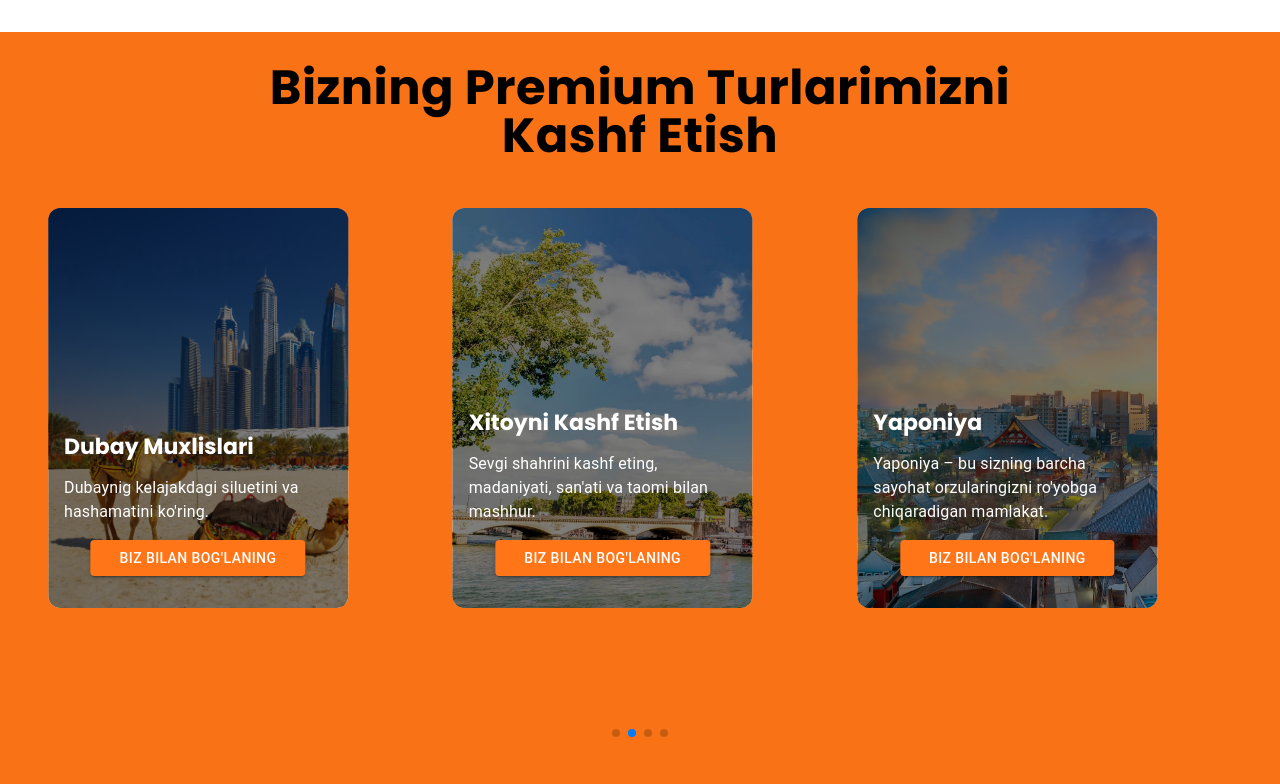
Repository: OgabekErkinov/i-am-tourist
Page: /
The author's editor kept a copy of each file at every save. The page is drawn from the files as they stood at one save, then again after the next save.
The browser window is 1280 px wide. The pictures show the whole page.
The project was rebuilt for these pictures with package versions that can differ from the ones it lists, and the page was loaded fresh each time. Also part of the build but not shown: vite.config.js, src/components/navbar/LightDarkButton.jsx, src/I18/i18.js, src/components/navbar/languages/LanguageButton.jsx, src/components/navbar/NavbarItem.jsx, src/components/navbar/SocialNetworks.jsx, src/components/navbar/Logo.jsx, src/components/navbar/SectionsLinks.jsx and 7 more.

Above is the page before, as saved 2024-12-24 16:09:13.

### index.html
<!doctype html>
<html lang="en">
  <head>
    <meta charset="UTF-8" />
    <link rel="icon" type="image/svg+xml" href="https://www.ifly.com.uz/assets/logo-BPA5zOgc.png" />
    <meta name="viewport" content="width=device-width, initial-scale=1.0" />
    <link rel="preconnect" href="https://fonts.googleapis.com">
    <link rel="preconnect" href="https://fonts.gstatic.com" crossorigin>
    <link href="https://fonts.googleapis.com/css2?family=Poppins:ital,wght@0,100;0,200;0,300;0,400;0,500;0,600;0,700;0,800;0,900;1,100;1,200;1,300;1,400;1,500;1,600;1,700;1,800;1,900&display=swap" rel="stylesheet">
    <title>iFLY.com</title>
  </head>
  <body>
    <div id="root"></div>
    <script type="module" src="/src/main.jsx"></script>
  </body>
</html>

### src/index.css
/* Universal Reset */
* {
  margin: 0;
  padding: 0;
  box-sizing: border-box;
}


/* Root Container */
#root {
  max-width: 1900px;
  margin: 0 auto;
  display: flex;
  flex-direction: column;
  align-items: center;
  justify-content: center;
  font-family: 'Poppins';
  box-sizing: border-box;
}

### src/App.jsx
import { Stack } from "@mui/material"
import Header from "./components/header/Header"
import Main from "./components/main/Main"

function App() {


  return (
    <Stack width='100%'
           height='auto'
           alignItems='center'
           gap='1rem'>
        <Header/>
        <Main/>
    </Stack>



  )
}

export default App

### src/components/header/Header.jsx
import { Box, Stack } from '@mui/material';
import Navbar from '../navbar/Navbar';
import Slider from './Slider';
import React from 'react';
import Cards from '../cards/Cards';

const Header = () => {
  return (
    <Stack height="auto"
           width='100%'
           gap="2rem"
           marginBottom='1rem'
           boxSizing="border-box">
             <Stack width="100%"
                    height="auto"
                    alignItems='center'>
                         {/* <Box width="100%"
                              height="10vh"
                              bgcolor="transparent">
                        </Box> */}
                        {/* <Navbar /> */}
                        {/* <Slider /> */}
               </Stack>
               {/* <Cards /> */}
    </Stack>
  );
}

export default Header;

### src/components/main/Main.jsx
import { Stack } from '@mui/material'
import React from 'react'
import PremiumTours from '../premium/PremiumTours'
import TourPlaces from '../tourPlaces/TourPlaces'
import About from '../about/About'

const Main = () => {
  return (
    <Stack width={'100%'}
           height={'auto'}
           alignItems={'center'}
           gap='1rem'>
        <PremiumTours/>
        {/* <TourPlaces/> */}
        {/* <About/> */}

    </Stack>
  )
}

export default Main

### src/components/premium/PremiumTours.jsx
import React from 'react';
import { Stack, Typography, Box } from '@mui/material';
import 'swiper/css';
import 'swiper/css/effect-fade';
import 'swiper/css/pagination';
import 'swiper/css/autoplay';
import { Swiper, SwiperSlide } from 'swiper/react';
import { Navigation, Pagination, Scrollbar, Autoplay } from 'swiper/modules';
import { premiumToursServices } from '../../Database/db';
import PremiumItem from './PremiumItem';

const PremiumTours = () => {

  return (
    <Stack height={'auto'}
           width={'100%'}
           padding={'2rem 2rem'}
           bgcolor={'#F97316'}
           boxSizing={'border-box'} >
          <Stack height={'100%'}
                 width={'100%'}
                 justifyContent={'space-between'}
                 alignItems={'center'}
                 gap={'2rem'}>
              {/* Title */}
                <Typography fontFamily={'Poppins'}
                            width={'70%'}
                            fontSize={'48px'}
                            lineHeight={'48px'}
                            fontWeight={'bold'}
                            textAlign={'center'}
                            height={'auto'}
                            sx={{
                              '@media (max-width: 900px)': {
                               fontSize: '36px',
                               lineHeight: '40px',
                                },
                              '@media (max-width: 600px)': {
                                fontSize: '24px',
                                lineHeight: '28px',
                                },
                               }}>
                               Bizning Premium Turlarimizni Kashf Etish
                 </Typography>
            {/* Slider */}
                 <Box display={'flex'}
                      alignItems={'center'}
                      justifyContent={'center'}
                      height={'35rem'}
                      width={'100%'}>
                      <Swiper
                          modules={[Navigation, Pagination, Scrollbar, Autoplay]}
                          autoplay={{ delay: 2500, disableOnInteraction: false }}
                          navigation
                          pagination={{ clickable: false }}
                          scrollbar={{ draggable: true }}
                          loop={true}
                          style={{
                               width: '100%',
                               height: '100%',
                               padding : '1rem',
                               display : 'flex',
                               justifyContent : 'center',
                               alignItems : 'center' }}
                          breakpoints={{
                               524: {
                                  slidesPerView: 1,
                                  spaceBetween: 10 },
                               765: {
                                  slidesPerView: 2,
                                  spaceBetween: 20 },
                              1200: {
                                  slidesPerView: 3,
                                  spaceBetween: 30 } }}>
                          {
                           premiumToursServices?.map((tour, idx) => {
                                  return (
                                         <SwiperSlide key={idx}>
                                                 <PremiumItem tour={tour} />
                                           </SwiperSlide>
                                          );  })
                           }
                       </Swiper>
                  </Box>
            </Stack>
    </Stack>
  );
};

export default PremiumTours;

### src/Database/db.js
export const social_medias = [
    {
        id : 1,
        name : 'facebook',
        link : 'https://www.facebook.com',
        pathD : 'M279.14 288l14.22-92.66h-88.91v-60.13c0-25.35 12.42-50.06 52.24-50.06h40.42V6.26S260.43 0 225.36 0c-73.22 0-121.08 44.38-121.08 124.72v70.62H22.89V288h81.39v224h100.17V288z'
    },
    {
        id : 2,
        name : 'twitter',
        url : 'https://www.twitter.com',
        pathD : 'M419.37 151.716c.325 4.548.325 9.097.325 13.645 0 138.72-105.583 298.558-298.558 298.558-59.452 0-114.68-17.219-161.137-47.106 8.447.974 16.568 1.299 25.34 1.299 49.055 0 94.213-16.568 130.274-44.832-46.132-.975-84.792-31.188-98.112-72.772 6.498.974 12.995 1.624 19.818 1.624 9.421 0 18.843-1.3 27.614-3.573-48.081-9.747-84.143-51.98-84.143-102.985v-1.299c13.969 7.797 30.214 12.67 47.431 13.319-28.264-18.843-46.781-51.005-46.781-87.391 0-19.492 5.197-37.36 14.294-52.954 51.655 63.675 129.3 105.258 216.365 109.807-1.624-7.797-2.599-15.918-2.599-24.04 0-57.828 46.782-104.934 104.934-104.934 30.213 0 57.502 12.67 76.67 33.137 23.715-4.548 46.456-13.32 66.599-25.34-7.798 24.366-24.366 44.833-46.132 57.827 21.117-2.273 41.584-8.122 60.426-16.243-14.292 20.791-32.161 39.308-52.628 54.253z'
    },
    {
        id : 3,
        name : 'instagram',
        url : 'https://www.instagram.com/ifly.com.uz',
        pathD : 'M224.1 141c-63.6 0-114.9 51.3-114.9 114.9s51.3 114.9 114.9 114.9S339 319.5 339 255.9 287.7 141 224.1 141zm0 189.6c-41.1 0-74.7-33.5-74.7-74.7s33.5-74.7 74.7-74.7 74.7 33.5 74.7 74.7-33.6 74.7-74.7 74.7zm146.4-194.3c0 14.9-12 26.8-26.8 26.8-14.9 0-26.8-12-26.8-26.8s12-26.8 26.8-26.8 26.8 12 26.8 26.8zm76.1 27.2c-1.7-35.9-9.9-67.7-36.2-93.9-26.2-26.2-58-34.4-93.9-36.2-37-2.1-147.9-2.1-184.9 0-35.8 1.7-67.6 9.9-93.9 36.1s-34.4 58-36.2 93.9c-2.1 37-2.1 147.9 0 184.9 1.7 35.9 9.9 67.7 36.2 93.9s58 34.4 93.9 36.2c37 2.1 147.9 2.1 184.9 0 35.9-1.7 67.7-9.9 93.9-36.2 26.2-26.2 34.4-58 36.2-93.9 2.1-37 2.1-147.8 0-184.8zM398.8 388c-7.8 19.6-22.9 34.7-42.6 42.6-29.5 11.7-99.5 9-132.1 9s-102.7 2.6-132.1-9c-19.6-7.8-34.7-22.9-42.6-42.6-11.7-29.5-9-99.5-9-132.1s-2.6-102.7 9-132.1c7.8-19.6 22.9-34.7 42.6-42.6 29.5-11.7 99.5-9 132.1-9s102.7-2.6 132.1 9c19.6 7.8 34.7 22.9 42.6 42.6 11.7 29.5 9 99.5 9 132.1s2.7 102.7-9 132.1z'
    },
    {
        id : 4,
        name : 'linkedIn',
        url : 'https://www.linkedin.com',
        pathD : 'M100.28 448H7.4V148.9h92.88zM53.79 108.1C24.09 108.1 0 83.5 0 53.8a53.79 53.79 0 0 1 107.58 0c0 29.7-24.1 54.3-53.79 54.3zM447.9 448h-92.68V302.4c0-34.7-.7-79.2-48.29-79.2-48.29 0-55.69 37.7-55.69 76.7V448h-92.78V148.9h89.08v40.8h1.3c12.4-23.5 42.69-48.3 87.88-48.3 94 0 111.28 61.9 111.28 142.3V448z'
    },
    {
        id : 5,
        name : 'youtube',
        url : 'https://www.youtube.com',
        pathD : 'M549.655 124.083c-6.281-23.65-24.787-42.276-48.284-48.597C458.781 64 288 64 288 64S117.22 64 74.629 75.486c-23.497 6.322-42.003 24.947-48.284 48.597-11.412 42.867-11.412 132.305-11.412 132.305s0 89.438 11.412 132.305c6.281 23.65 24.787 41.5 48.284 47.821C117.22 448 288 448 288 448s170.78 0 213.371-11.486c23.497-6.321 42.003-24.171 48.284-47.821 11.412-42.867 11.412-132.305 11.412-132.305s0-89.438-11.412-132.305zm-317.51 213.508V175.185l142.739 81.205-142.739 81.201z'
    }
]

export const navLinks = [
    {
        id : 6,
        name : 'Excursions',
        link : '#excursions'
    },
    {
        id : 7,
        name : 'City',
        link : '#city'
    },
    {
        id : 8,
        name : 'About',
        link : '#about'
    },
    {
        id : 9,
        name : 'Contact',
        link : '#contact'
    }
]

export const SliderItems = [
    {
        url : '/malakali.jpg',
        heading : 'Malakali shahar',
        paragraph : "Dunyoning ko'ngilochar poytaxtiga sho'ng'ing."
    },
    {
        url : '/turkiya.jpg',
        heading : 'Sehrli Turkiya',
        paragraph : "Turkiyaning boy tarixi va ajoyib manzaralarini o'rganing."
    },
    {
        url : '/orol.jpg',
        heading : 'Orol chekinishi',
        paragraph : 'Ajoyib orol landshaftlari orasida tinchlikni his eting.'
    },
    {
        url : '/yaponiya.jpg',
        heading : 'Yaponiya',
        paragraph : "Zamonaviy hayot va qadimiy an'analar mamlakati"
    },
    {
        url : '/dubai.jpg',
        heading : "Dubayni kashf eting",
        paragraph : "Birlashgan Arab Amirliklarida hashamat, innovatsiyalar va sarguzashtlarni kashf eting."

    },
    {
        url : '/xitoyni.jpg',
        heading : 'Xitoyni kashf qiling',
        paragraph : "Xitoy: qadimgi tarix, Buyuk devor, innovatsiyalar, jonli madaniyat."
    },
    {
        url : '/tailand.jpg',
        heading : 'Tropik Tailand',
        paragraph : "Chiroyli plyajlarda dam oling va mazali taomlarni tatib ko'ring."
    }
]

export const addBanners = [
    {
        heading : 'Ajoyib plyaj',
        paragraph : 'Zamonaviy plyajlarni kashf eting va quyosh ostida dam oling.'
    },
    {
        heading : "Tog' sarguzashtlari",
        paragraph : "Qiziqarli tog' sayohatiga chiqing va tabiatni o'rganing."
    },
    {
        heading : 'Shahar sayohatlari',
        paragraph : "Qiziqarli tog' sayohatiga chiqing va tabiatni o'rganing."
    }
]

export const languages = [
    {
        lang : "o'zbek",
        flag : '/uzbekistan.png',
        translator : 'uz'
    },
    {
        lang : 'english',
        flag : '/united-states.png',
        translator : 'en'
    },
    {
        lang : 'русский',
        flag : '/russia.png',
        translator : 'ru'
    }
]

export const premiumToursServices = [
    {
        title : 'Tokio Sarguzashtlari',
        paragraph : "Yaponiya yuragida an'ana va texnologiyaning uyg'unligini his eting.",
        image : '/tokioprem.jpg'
    },
    {
        title : 'Dubay Muxlislari',
        paragraph : "Dubaynig kelajakdagi siluetini va hashamatini ko'ring.",
        image : '/dubaipremium.jpg'
    },
    {
        title : 'Xitoyni Kashf Etish',
        paragraph : "Sevgi shahrini kashf eting, madaniyati, san'ati va taomi bilan mashhur.",
        image : '/xitoyprem.jpg'
    },
    {
        title : 'Yaponiya',
        paragraph : "Yaponiya – bu sizning barcha sayohat orzularingizni ro'yobga chiqaradigan mamlakat.",
        image : '/xitoypremium.jpg'
    }
]

export const tourPlaces = [
    {
        image : '/yaponiya.jpg',
        title : 'Tokio, Yaponiya',
        paragraph : "Tokio Yaponiya poytaxti bo'lib, an'anaviy binolarni zamonaviy osmono'parlar bilan birlashtirish."
    },
    {
        image : '/orol.jpg',
        title : 'Orol joyi',
        paragraph : "Shahar shovqinidan uzoqda, tabiatning ajoyib go'zalligida dam oling."
    },
    {
        image : '/dubai.jpg',
        title : 'Dubay, BAA',
        paragraph : "Dubayning hargi skylinesi va hashamatini guvohi boling."
    },
    {
        image : '/vetnam.jpg',
        title : 'Vetnam sarguzashti',
        paragraph : "Vetnamning go'zalligiga kirib boring, rang- barang guruch teraslari va noyob madaniyat bilan tanishing!"
    },
    {
        image : '/maldiv.jpg',
        title : 'Maldivlar',
        paragraph : "Oq qumli plyajlar va toza suvlar bilan tropik jannatda dam oling. Hashamatli kurortlar va ajoyib suv osti dunyosidan zavq oling!"
    },
    {
        image : '/tailand.jpg',
        title : 'Tropik Tailand',
        paragraph : "Tailand chiroyli orollari, ko'chada oziq-ovqat va boy madaniyat merosi bilan mashhur."
    },
    {
        image : '/turkiya.jpg',
        title : "Mo'jizaviy Turkiya",
        paragraph : "Turkiyaning boy tarixini va go'zal manzaralarini kashf eting."
    }
]

export const services = [
    {
        pathD : 'M480 192H365.71L260.61 8.06A16.014 16.014 0 0 0 246.71 0h-65.5c-10.63 0-18.3 10.17-15.38 20.39L214.86 192H112l-43.2-57.6c-3.02-4.03-7.77-6.4-12.8-6.4H16.01C5.6 128-2.04 137.78.49 147.88L32 256 .49 364.12C-2.04 374.22 5.6 384 16.01 384H56c5.04 0 9.78-2.37 12.8-6.4L112 320h102.86l-49.03 171.6c-2.92 10.22 4.75 20.4 15.38 20.4h65.5c5.74 0 11.04-3.08 13.89-8.06L365.71 320H480c35.35 0 96-28.65 96-64s-60.65-64-96-64z',
        title : 'Xalqaro Sayohat',
        paragraph : "Dunyodagi eng go'zal joylarga sayohatlarni tashkil etamiz.",
        color : 'blue'
    },
    {
        icon : 'M560 64c8.84 0 16-7.16 16-16V16c0-8.84-7.16-16-16-16H16C7.16 0 0 7.16 0 16v32c0 8.84 7.16 16 16 16h15.98v384H16c-8.84 0-16 7.16-16 16v32c0 8.84 7.16 16 16 16h240v-80c0-8.8 7.2-16 16-16h32c8.8 0 16 7.2 16 16v80h240c8.84 0 16-7.16 16-16v-32c0-8.84-7.16-16-16-16h-16V64h16zm-304 44.8c0-6.4 6.4-12.8 12.8-12.8h38.4c6.4 0 12.8 6.4 12.8 12.8v38.4c0 6.4-6.4 12.8-12.8 12.8h-38.4c-6.4 0-12.8-6.4-12.8-12.8v-38.4zm0 96c0-6.4 6.4-12.8 12.8-12.8h38.4c6.4 0 12.8 6.4 12.8 12.8v38.4c0 6.4-6.4 12.8-12.8 12.8h-38.4c-6.4 0-12.8-6.4-12.8-12.8v-38.4zm-128-96c0-6.4 6.4-12.8 12.8-12.8h38.4c6.4 0 12.8 6.4 12.8 12.8v38.4c0 6.4-6.4 12.8-12.8 12.8h-38.4c-6.4 0-12.8-6.4-12.8-12.8v-38.4zM179.2 256h-38.4c-6.4 0-12.8-6.4-12.8-12.8v-38.4c0-6.4 6.4-12.8 12.8-12.8h38.4c6.4 0 12.8 6.4 12.8 12.8v38.4c0 6.4-6.4 12.8-12.8 12.8zM192 384c0-53.02 42.98-96 96-96s96 42.98 96 96H192zm256-140.8c0 6.4-6.4 12.8-12.8 12.8h-38.4c-6.4 0-12.8-6.4-12.8-12.8v-38.4c0-6.4 6.4-12.8 12.8-12.8h38.4c6.4 0 12.8 6.4 12.8 12.8v38.4zm0-96c0 6.4-6.4 12.8-12.8 12.8h-38.4c-6.4 0-12.8-6.4-12.8-12.8v-38.4c0-6.4 6.4-12.8 12.8-12.8h38.4c6.4 0 12.8 6.4 12.8 12.8v38.4z',
        title : 'Qulay Mehmonxonalar',
        paragraph : " Eng yaxshi va eng qulay mehmonxonalar bilan qoling.",
        color : 'green'
    },
    {
        icon : 'M416 320h-96c-17.6 0-32-14.4-32-32s14.4-32 32-32h96s96-107 96-160-43-96-96-96-96 43-96 96c0 25.5 22.2 63.4 45.3 96H320c-52.9 0-96 43.1-96 96s43.1 96 96 96h96c17.6 0 32 14.4 32 32s-14.4 32-32 32H185.5c-16 24.8-33.8 47.7-47.3 64H416c52.9 0 96-43.1 96-96s-43.1-96-96-96zm0-256c17.7 0 32 14.3 32 32s-14.3 32-32 32-32-14.3-32-32 14.3-32 32-32zM96 256c-53 0-96 43-96 96s96 160 96 160 96-107 96-160-43-96-96-96zm0 128c-17.7 0-32-14.3-32-32s14.3-32 32-32 32 14.3 32 32-14.3 32-32 32z',
        title : "Maxsus yo'nalishlar",
        paragraph : "Har bir mijoz uchun individual yo'nalishlarni yaratamiz.",
        color : 'orange'
    },
    {
        icon : 'M192 256c61.9 0 112-50.1 112-112S253.9 32 192 32 80 82.1 80 144s50.1 112 112 112zm76.8 32h-8.3c-20.8 10-43.9 16-68.5 16s-47.6-6-68.5-16h-8.3C51.6 288 0 339.6 0 403.2V432c0 26.5 21.5 48 48 48h288c26.5 0 48-21.5 48-48v-28.8c0-63.6-51.6-115.2-115.2-115.2zM480 256c53 0 96-43 96-96s-43-96-96-96-96 43-96 96 43 96 96 96zm48 32h-3.8c-13.9 4.8-28.6 8-44.2 8s-30.3-3.2-44.2-8H432c-20.4 0-39.2 5.9-55.7 15.4 24.4 26.3 39.7 61.2 39.7 99.8v38.4c0 2.2-.5 4.3-.6 6.4H592c26.5 0 48-21.5 48-48 0-61.9-50.1-112-112-112z',
        title : "Malakali yo'riqchilar",
        paragraph : " Har bir mijoz uchun individual yo'nalishlarni yaratamiz.",
        color : 'violet'
    }

]

### src/components/premium/PremiumItem.jsx
import { Box, Button, Stack, Typography } from '@mui/material';
import React from 'react';

const PremiumItem = ({ tour }) => {
  return (
    <Box height="25rem"
         display="flex"
         justifyContent="center"
         alignItems="center"
         borderRadius="12px"
         overflow="hidden"
         position="relative"
         sx={{
             transition : '0.3s',
             backgroundImage: `url(${tour?.image})`,
             backgroundSize: 'cover',
             '@media(max-width : 524px)' : {
                         width : '90%',
                         marginX : 'auto'  },
             '@media(min-width : 525px)' : {
                         width : '300px' },
              '&:hover' : {
                transform : 'scale(1.1)',
                transition : '0.3s',
              } }} >
         <Stack height="100%"
                width="100%"
                padding="2rem 0"
                boxSizing="border-box"
                borderRadius="12px"
                alignItems="center"
                bgcolor="rgba(0, 0, 0, 0.5)"
                position="absolute"
                zIndex={1}
                sx={{
                  '@media(min-width : 300px)' : {
                         justifyContent : 'center',
                         alignItems : 'center',
                         paddingX : '1rem',
                         gap : '1rem' },
                  '@media(min-width : 524px)' : {
                         justifyContent : 'flex-end',
                         alignItems : 'start' } }} >
                 <Typography variant="h3"
                             sx={{
                               fontWeight: 'bold',
                               fontFamily: 'Poppins',
                               color: 'white',
                               textAlign: 'start',
                               paddingRight: '10px',
                               margin: 0,
                               width: 'auto',
                              '@media (min-width: 300px)': {
                                      fontSize: '18px'  },
                              '@media (min-width : 524px)' : {
                                      fontSize : '22px'  }  }}  >
                               {tour.title}
                  </Typography>
                  <Typography width="auto"
                              sx={{
                                color: 'white',
                                textAlign: 'start',
                               '@media (min-width: 300px)': {
                                        fontSize: '12px',
                                        height : 'auto',
                                        textAlign : 'center' },
                                '@media (min-width : 524px)' : {
                                        fontSize : '16px',
                                        textAlign : 'start' } }}>
                                        {tour.paragraph}
                   </Typography>
                   <Button variant="contained"
                           sx={{
                              color: 'white',
                              backgroundColor: '#FF7518',
                              width : '80%',
                              margin : '0 auto' }}>
                           Biz bilan bog'laning
                  </Button>
      </Stack>
    </Box>
  );
};

export default PremiumItem;

Loaded but not shown: src/main.jsx (common file)

After the next save:
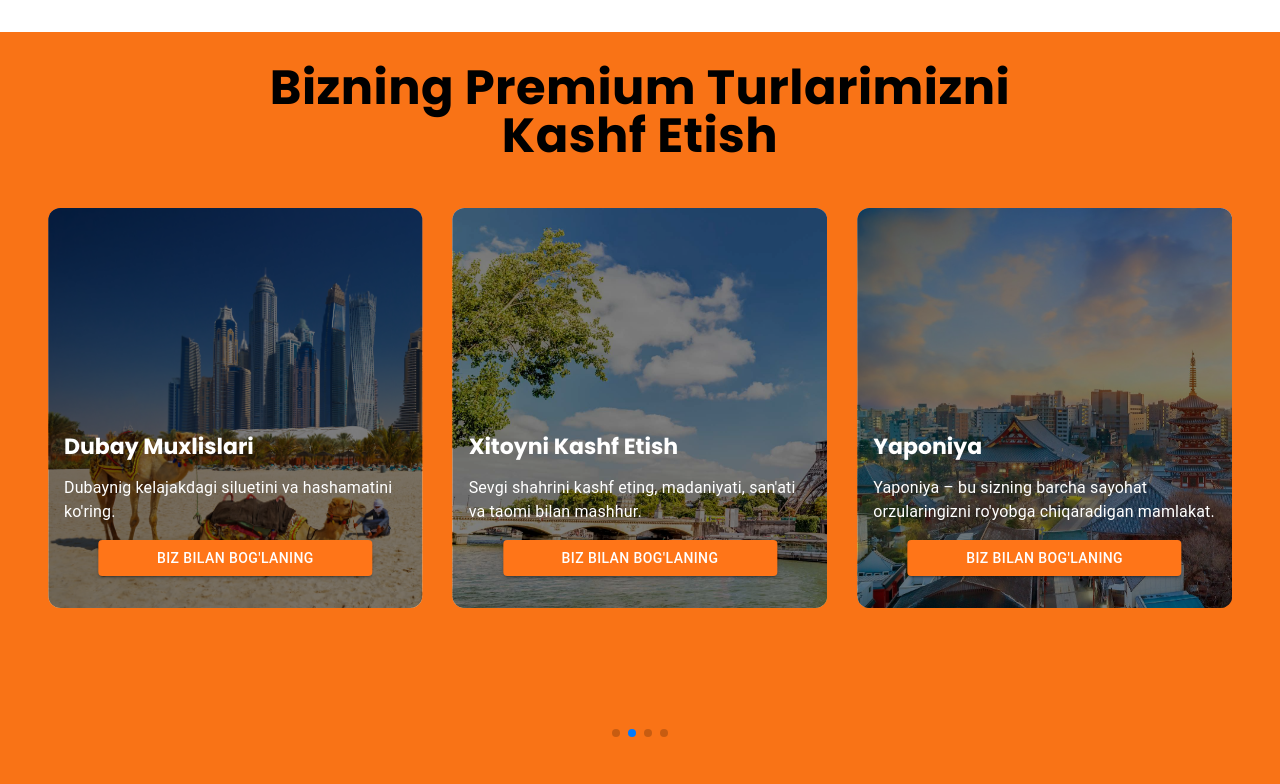
Saved 41 s later.
--- a/src/components/premium/PremiumItem.jsx
+++ b/src/components/premium/PremiumItem.jsx
@@ -17,7 +17,7 @@ const PremiumItem = ({ tour }) => {
              '@media(max-width : 524px)' : {
                          width : '90%',
                          marginX : 'auto'  },
-             '@media(min-width : 525px)' : {
+             '@media(max-width : 525px)' : {
                          width : '300px' },
               '&:hover' : {
                 transform : 'scale(1.1)',
